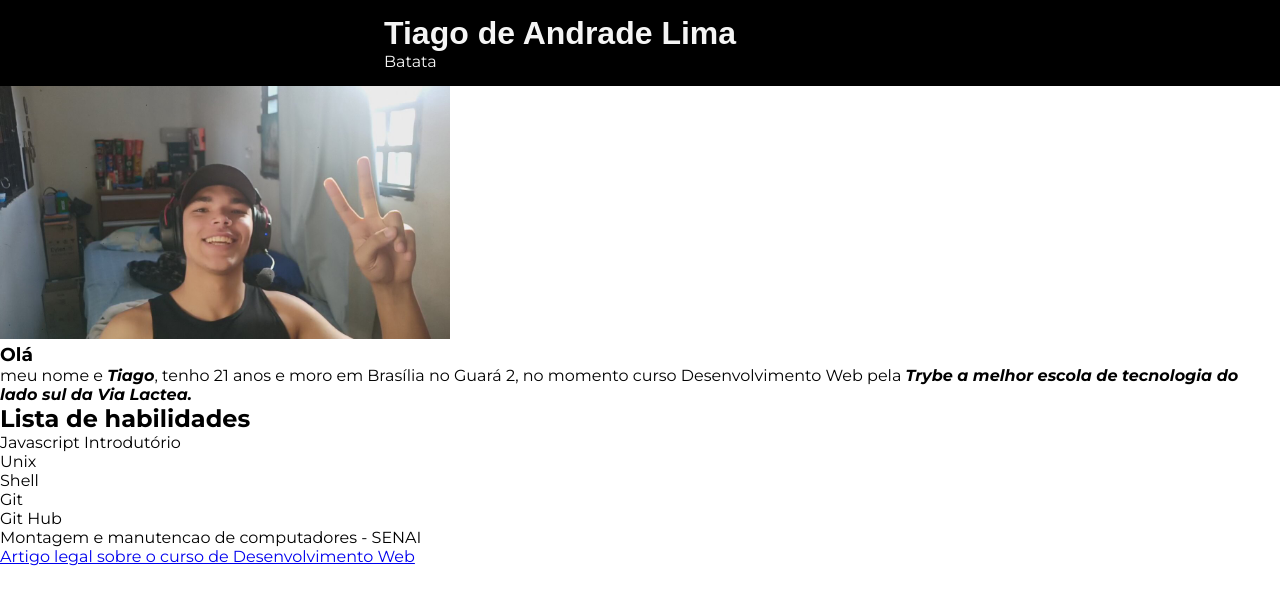
Repository: Batatiago/Batatiago.github.io
Page: index.html
An editor plug-in stored every save of this project. The page is shown before and after the next save, followed by the edit.
The browser window is 1280 px wide. The pictures show the whole page.

Above is the page before, as saved 2023-06-29 10:44:40.

### index.html
<!DOCTYPE html>
<html lang="pt-br">

<head>
  <meta charset="UTF-8">
  <title>Tiago de Andrade Lima</title>
  <link rel="preconnect" href="https://fonts.googleapis.com">
  <link rel="preconnect" href="https://fonts.gstatic.com" crossorigin>
  <link
    href="https://fonts.googleapis.com/css2?family=Montserrat:ital,wght@0,100;0,200;0,300;0,400;0,500;0,600;0,700;0,800;0,900;1,100;1,200;1,300;1,400;1,500;1,600;1,700;1,800;1,900&display=swap"
    rel="stylesheet">
  <link rel="stylesheet" href="style.css">
</head>

<body>
  <div class="header-container">
    <div class="header">
      <h1 class="meuNome"> Tiago de Andrade Lima</h1>
      <p>Batata</p>
    </div>
  </div>
  <div>
    <img src="2023-06-23-160707.jpg" alt="Imagem de Tiago" id="foto" width="450px">
    <h3>Olá</h3>
    <p class="descricao"> meu nome e <strong><em>Tiago</em></strong>, tenho 21 anos e moro em Brasília no Guará 2, no
      momento curso Desenvolvimento
      Web pela <strong><em>Trybe a melhor escola de tecnologia do lado sul da Via Lactea.</em></strong></p>
  </div>
  <div>
    <h2>Lista de habilidades</h2>
    <ul>
      <li class="javascript">Javascript Introdutório</li>
      <li class="unix">Unix</li>
      <li class="shell">Shell</li>
      <li class="git">Git</li>
      <li class="gitHub">Git Hub</li>
      <li>Montagem e manutencao de computadores - SENAI</li>
    </ul>
  </div>
  <a href="https://blog.betrybe.com/carreira/frontend/" target="_blank">Artigo legal sobre o curso de Desenvolvimento
    Web</a>
</body>

</html>

### style.css
* {
    margin: 0;
    padding: 0;
    border: 0;
}


.header-container {
    background-color: black;
    color: whitesmoke;
}

.header {
    padding: 15px 10px;
    width: 40%;
    margin: auto;
}


.meuNome {
    font-family: sans-serif;
}
body {
    font-family: 'Montserrat', sans-serif;
}

After the next save:
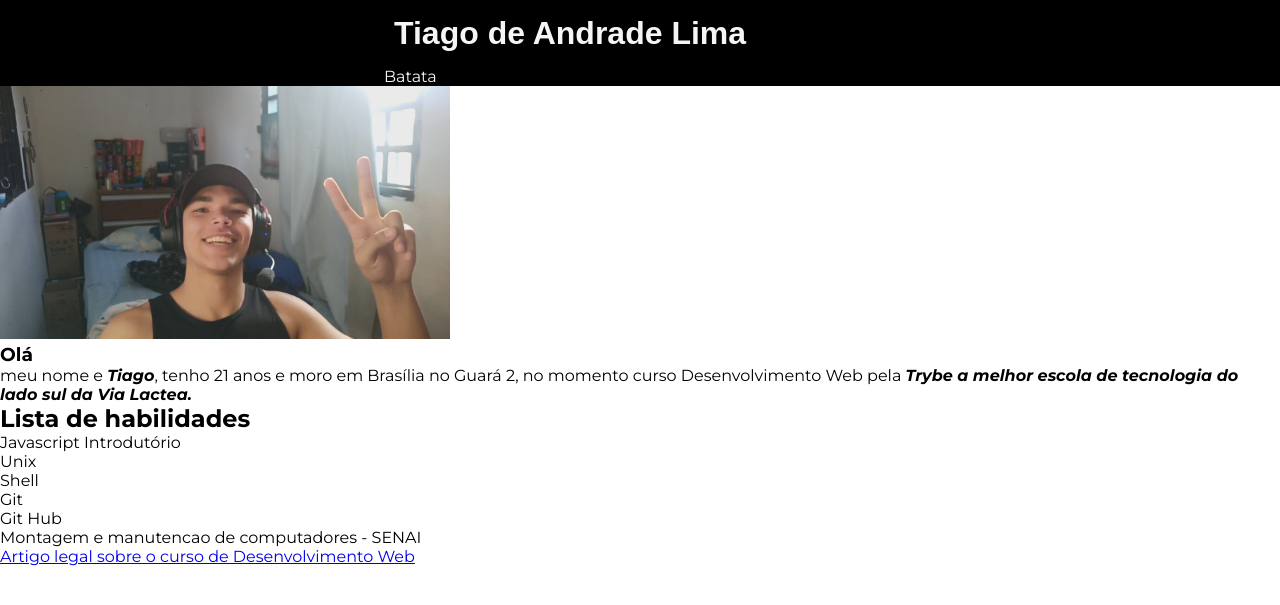
Saved 3 min 22 s later.
--- a/style.css
+++ b/style.css
@@ -4,6 +4,9 @@
     border: 0;
 }
 
+body {
+    font-family: 'Montserrat', sans-serif;
+}
 
 .header-container {
     background-color: black;
@@ -11,15 +14,11 @@
 }
 
 .header {
-    padding: 15px 10px;
     width: 40%;
     margin: auto;
 }
 
-
 .meuNome {
     font-family: sans-serif;
+    padding: 15px 10px;
 }
-body {
-    font-family: 'Montserrat', sans-serif;
-}

After the save that followed:
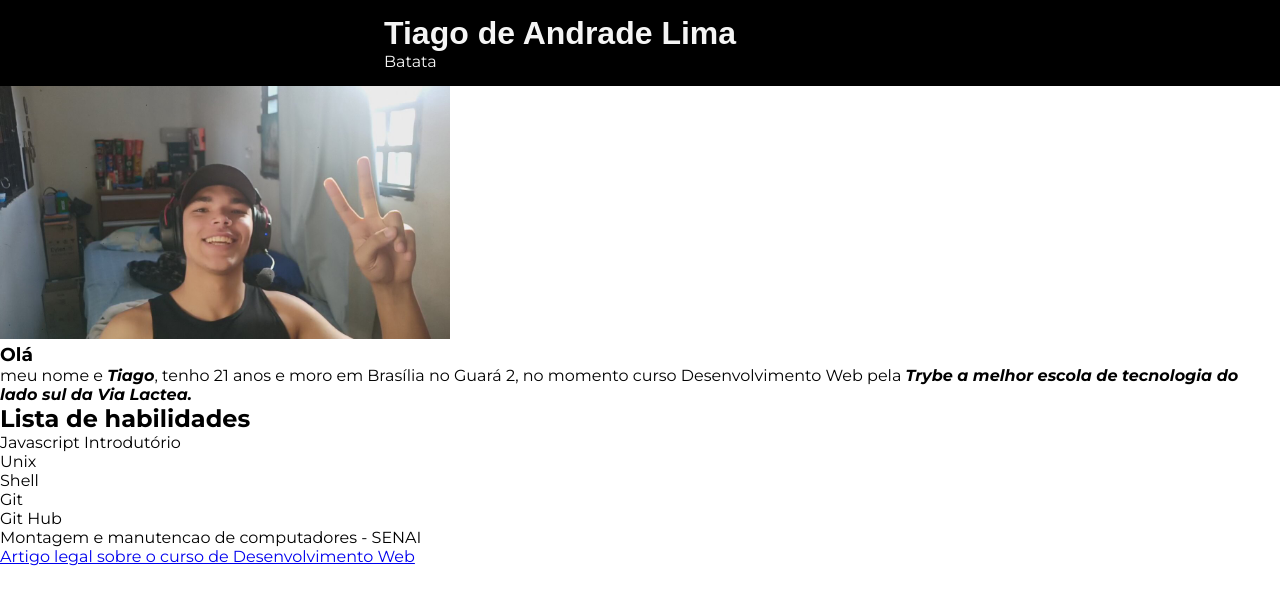
Saved 4 min 14 s later.
--- a/style.css
+++ b/style.css
@@ -14,11 +14,11 @@
 }
 
 .header {
+    padding: 15px 10px;
     width: 40%;
     margin: auto;
 }
 
 .meuNome {
     font-family: sans-serif;
-    padding: 15px 10px;
 }
